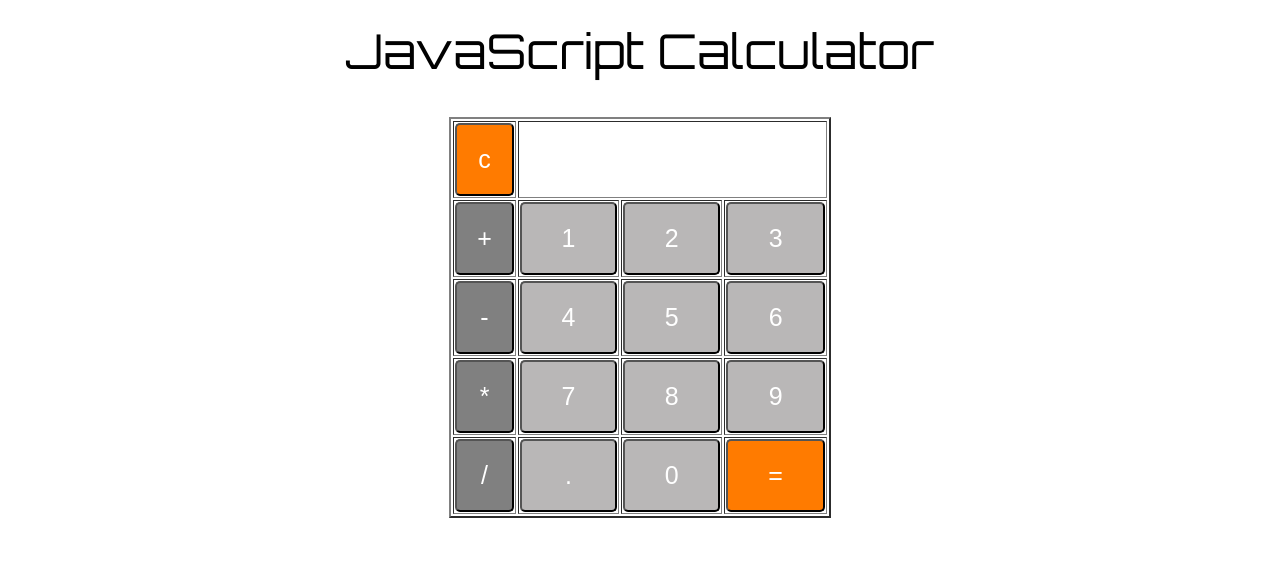
Repository: spidero7/Simple-Calculator
Page: index.html
These files come from the project's save history. The page is drawn as it stood at one moment and after a run of saves; the edit follows.
The browser window is 1280 px wide. The pictures show the whole page.

Above is the page before, as saved 2021-09-16 07:42:57.

After the next 3 saves:
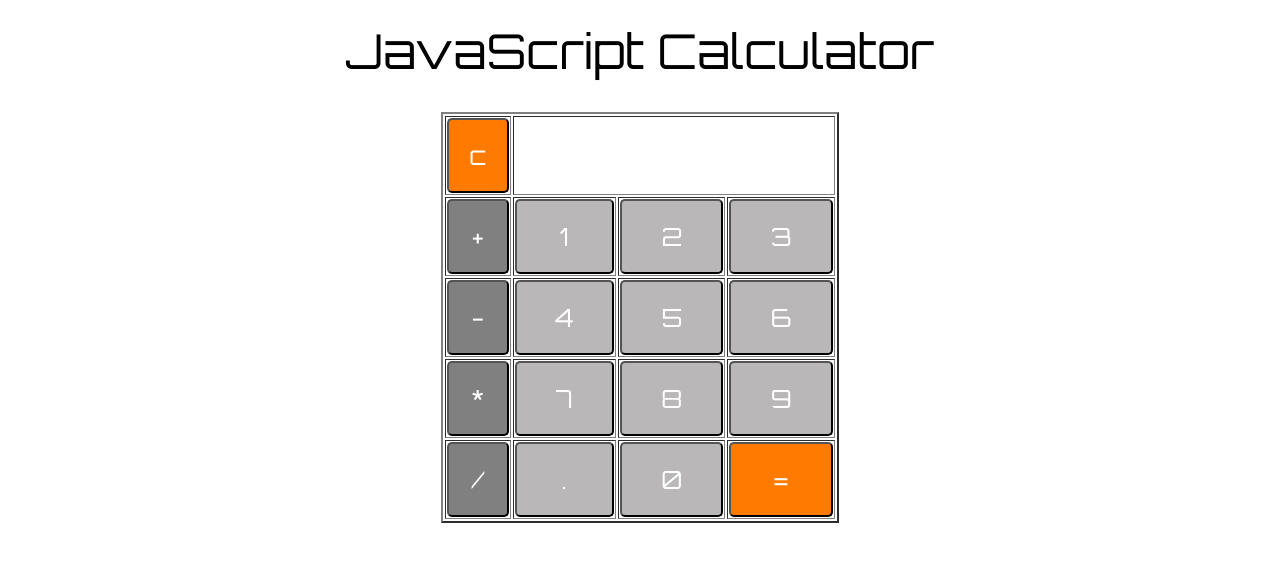
The 3 saves are shown as one change because they came seconds apart.
The last was saved 29 s later.
--- a/style.css
+++ b/style.css
@@ -1,11 +1,11 @@
 * {
     box-sizing: border-box;
+    font-family: 'Orbitron', sans-serif;
 }
 
 body {
     margin: 0;
     padding: 0;
-    font-family: 'Orbitron', sans-serif;
 }
 
 .calculator-container {
